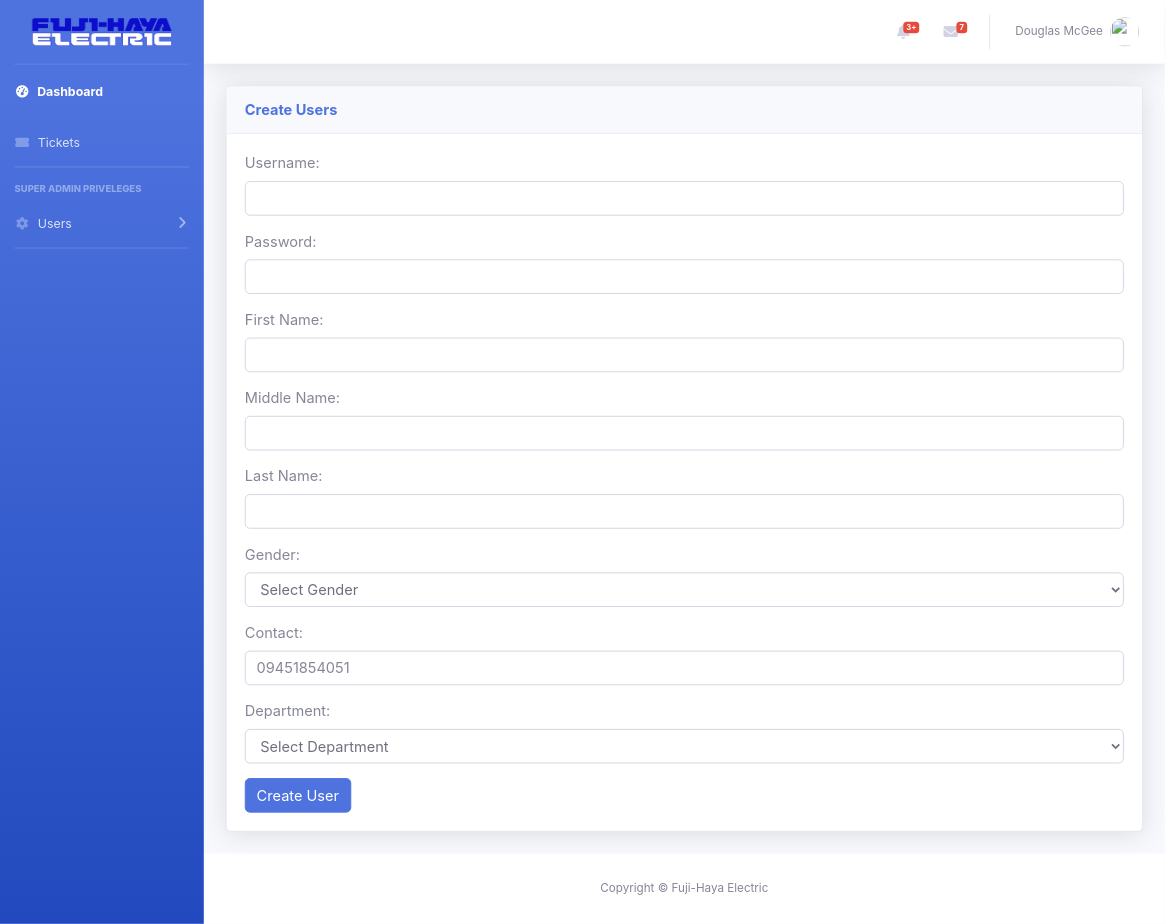
Repository: ejerasga/ticket-inventory
Page: http://localhost/user/create
The author's editor kept a copy of each file at every save. The page is drawn from the files as they stood at one save, then again after a run of saves.
The browser window is 1280 px wide. The pictures show the whole page, at 91% of full size.
The page is served by the project's Laravel application, run on PHP 8.4 with Laravel 10. Queries for data that is not in the repository find no rows.

Above is the page before, as saved 2025-02-13 16:31:54.

After the next 3 saves:
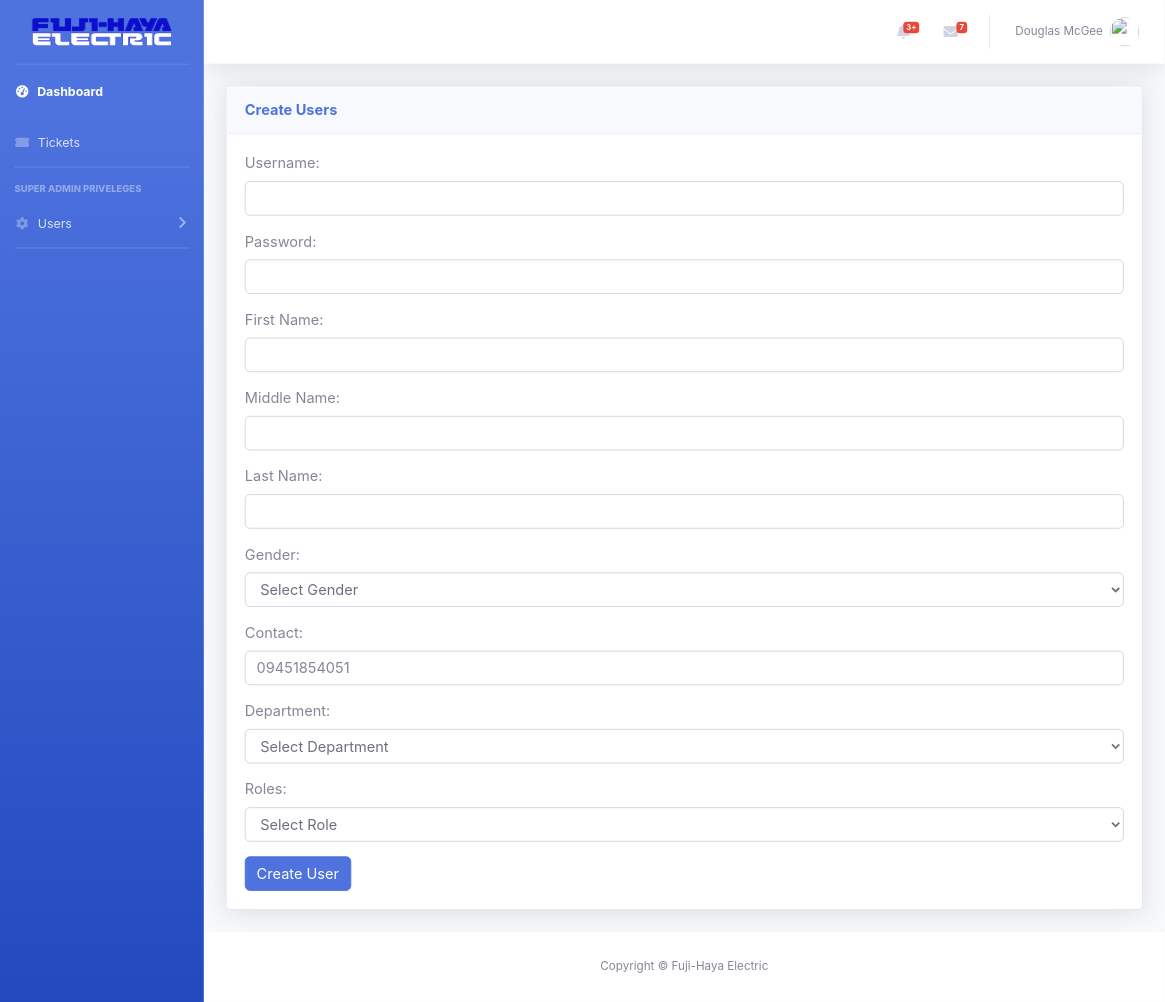
The 3 saves are shown as one change because 1 did not build or start and some came seconds apart.
The last was saved 56 s later.
--- a/app/Http/Controllers/UserController.php
+++ b/app/Http/Controllers/UserController.php
@@ -14,12 +14,12 @@ class UserController extends Controller
     public function index()
     {
         $departments = Department::all(); // Fetch all departments
-        return view('users.create_users', compact('departments'));
+        $roles = Role::all(); // Fetch all roles
 
-        $roles = Role::all(); // Fetch all roles
-        return view('users.create_users', compact('roles'));
+        return view('users.create_users', compact('departments', 'roles'));
     }
 
 
 
+
 }
--- a/resources/views/users/create_users.blade.php
+++ b/resources/views/users/create_users.blade.php
@@ -83,7 +83,7 @@
                         </select>
                     </div>
 
-                    {{-- <div class="form-group">
+                    <div class="form-group">
                         <label for="d_id">Roles:</label>
                         <select class="form-control" id="r_id" name="r_id">
                             <option value="">Select Role</option>
@@ -91,7 +91,7 @@
                                 <option value="{{ $role->r_id }}">{{ $role->r_name }}</option>
                             @endforeach
                         </select>
-                    </div> --}}
+                    </div>
 
                     <button type="submit" class="btn btn-primary">Create User</button>
                 </form>
